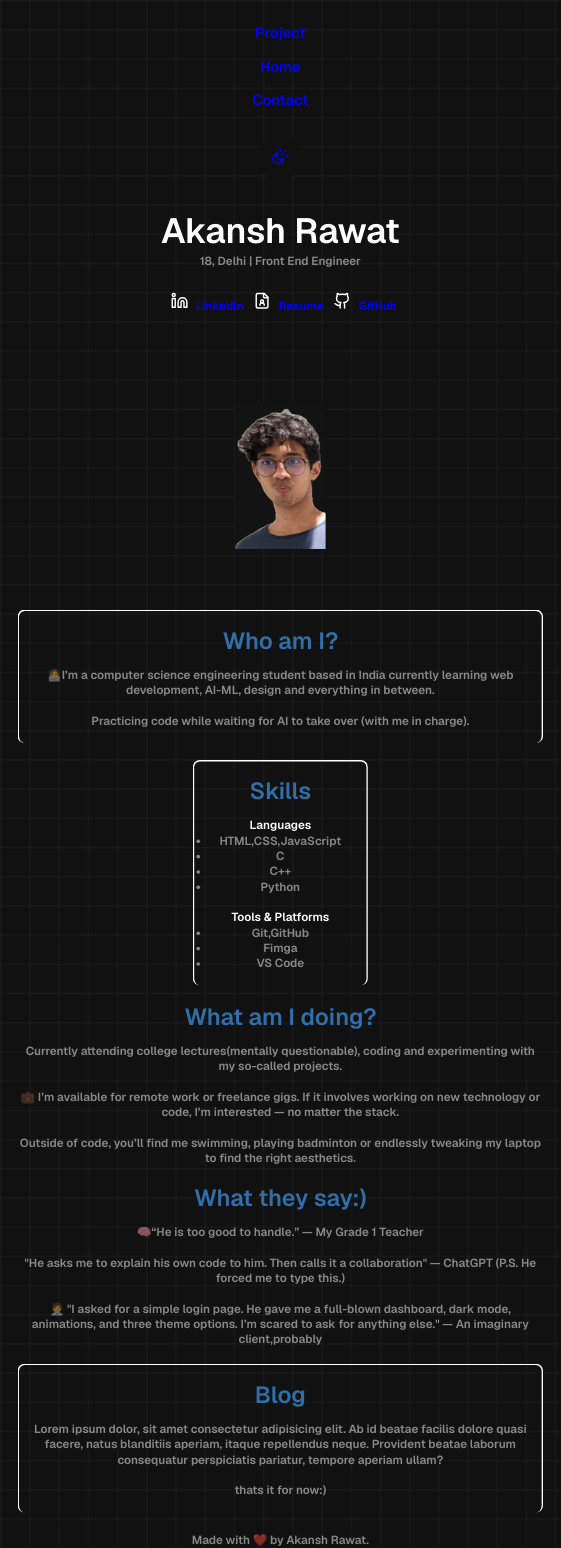
Repository: wakkawakka3/akansh-portfolio
Page: index.html
These files come from the project's save history. The page is drawn as it stood at one moment and after the next save; the edit follows.
The browser window is 768 px wide. The pictures show the whole page, at 73% of full size.

Above is the page before, as saved 2025-07-14 18:38:40.

### index.html
<!DOCTYPE html>
<html lang="en">
  <head>
    <meta charset="UTF-8" />
    <meta name="viewport" content="width=device-width, initial-scale=1.0" />
    <title>Akansh Rawat</title>
    <link rel="stylesheet" href="style.css" />

    <link
      rel="stylesheet"
      href="https://cdnjs.cloudflare.com/ajax/libs/font-awesome/6.5.0/css/all.min.css"
    />
  </head>

  <body>
    <nav>
      <div class="navigation">
        <a href="project.html"> Project </a>
        <a href="index.html"> Home </a>
        <a href="contact.html"> Contact </a>
      </div>

      <div class="theme">
        <button>
          <svg
            xmlns="http://www.w3.org/2000/svg"
            width="24"
            height="24"
            viewBox="0 0 24 24"
            fill="none"
            stroke="currentColor"
            stroke-width="2"
            stroke-linecap="round"
            stroke-linejoin="round"
            class="lucide lucide-sun-moon-icon lucide-sun-moon"
          >
            <path d="M12 2v2" />
            <path d="M13 8.129A4 4 0 0 1 15.873 11" />
            <path d="m19 5-1.256 1.256" />
            <path d="M20 12h2" />
            <path d="M9 8a5 5 0 1 0 7 7 7 7 0 1 1-7-7" />
          </svg>
        </button>
      </div>
    </nav>

    <header>
      <h1>Akansh Rawat</h1>
      <p>18, Delhi | Front End Engineer</p>

      <div class="links">
        <a href="https://www.linkedin.com/in/akansh-rawat/" target="_blank">
          <svg
            xmlns="http://www.w3.org/2000/svg"
            width="24"
            height="24"
            viewBox="0 0 24 24"
            fill="none"
            stroke="white"
            stroke-width="2"
            stroke-linecap="round"
            stroke-linejoin="round"
            class="lucide lucide-linkedin-icon lucide-linkedin"
            style="margin: 0 10px"
          >
            <path
              d="M16 8a6 6 0 0 1 6 6v7h-4v-7a2 2 0 0 0-2-2 2 2 0 0 0-2 2v7h-4v-7a6 6 0 0 1 6-6z"
            />
            <rect width="4" height="12" x="2" y="9" />
            <circle cx="4" cy="4" r="2" />
          </svg>Linkedln
        </a>

        <a
          href="https://docs.google.com/document/d/1LXMpsQHbVlNELlHlzmizmCAFg_KoqvC19dNGiKBRQNE/edit?usp=sharing"
          target="_blank"
        >
          <svg
            xmlns="http://www.w3.org/2000/svg"
            width="24"
            height="24"
            viewBox="0 0 24 24"
            fill="none"
            stroke="white"
            stroke-width="2"
            stroke-linecap="round"
            stroke-linejoin="round"
            class="lucide lucide-file-user-icon lucide-file-user"
            style="margin: 0 10px"
          >
            <path d="M14 2v4a2 2 0 0 0 2 2h4" />
            <path d="M15 18a3 3 0 1 0-6 0" />
            <path
              d="M15 2H6a2 2 0 0 0-2 2v16a2 2 0 0 0 2 2h12a2 2 0 0 0 2-2V7z"
            />
            <circle cx="12" cy="13" r="2" />
          </svg>Resume
        </a>

        <a href="https://github.com/akansh5" target="_blank">
          <svg
            xmlns="http://www.w3.org/2000/svg"
            width="24"
            height="24"
            viewBox="0 0 24 24"
            fill="none"
            stroke="white"
            stroke-width="2"
            stroke-linecap="round"
            stroke-linejoin="round"
            class="lucide lucide-github-icon lucide-github"
            style="margin: 0 10px"
          >
            <path
              d="M15 22v-4a4.8 4.8 0 0 0-1-3.5c3 0 6-2 6-5.5.08-1.25-.27-2.48-1-3.5.28-1.15.28-2.35 0-3.5 0 0-1 0-3 1.5-2.64-.5-5.36-.5-8 0C6 2 5 2 5 2c-.3 1.15-.3 2.35 0 3.5A5.403 5.403 0 0 0 4 9c0 3.5 3 5.5 6 5.5-.39.49-.68 1.05-.85 1.65-.17.6-.22 1.23-.15 1.85v4"
            />
            <path d="M9 18c-4.51 2-5-2-7-2" />
          </svg>GitHub
        </a>
      </div>
    </header>

    <main>
      <div class="grid-container">
        <div class="image">
          <img src="attachments/profile-photo.jpg" />
        </div>

        <div class="introduction">
          <h2>Who am I?</h2>
          <p>
            🧑‍💻I’m a computer science engineering student based in India currently learning web development,
            AI-ML, design and everything in between.
            <br /><br />
            Practicing code while waiting for AI to take over (with me in
            charge).
          </p>
        </div>

        <div class="skills">
          <h2>Skills</h2>
          Languages
          <ul>
            <li>HTML,CSS,JavaScript</li>
            <li>C</li>
            <li>C++</li>
            <li>Python</li>
          </ul>
          <br />
          Tools & Platforms
          <ul>
            <li>Git,GitHub</li>
            <li>Fimga</li>
            <li>VS Code</li>
          </ul>
        </div>

        <div class="working">
          <h2>What am I doing?</h2>
          <p>
            Currently attending college lectures(mentally questionable),
            coding and experimenting with my so-called projects.
            <br /><br />
            💼 I’m available for remote work or freelance gigs. If it involves
            working on new technology or code, I’m interested — no matter the
            stack. <br /><br />
            Outside of code, you’ll find me swimming, playing badminton or
            endlessly tweaking my laptop to find the right aesthetics.
          </p>
        </div>

        <div class="testimonial">
          <h2>What they say:)</h2>
          <p>🧠“He is too good to handle.” — My Grade 1 Teacher</p>
          <br />
          <p>
            "He asks me to explain his own code to him. Then calls it a
            collaboration" — ChatGPT (P.S. He forced me to type this.)
          </p>
          <br />
          <p>
            🧑‍💼 "I asked for a simple login page. He gave me a full-blown
            dashboard, dark mode, animations, and three theme options. I’m
            scared to ask for anything else." — An imaginary client,probably
          </p>
        </div>
        <div class="blog">
          <h2>Blog</h2>
          <p>
            Lorem ipsum dolor, sit amet consectetur adipisicing elit. Ab id
            beatae facilis dolore quasi facere, natus blanditiis aperiam, itaque
            repellendus neque. Provident beatae laborum consequatur perspiciatis
            pariatur, tempore aperiam ullam?
            <br /><br />
            thats it for now:)
          </p>
        </div>
      </div>
    </main>

    <footer>
      <div class="footer-content">
        <p>Made with ❤️ by Akansh Rawat.</p>
      </div>
    </footer>
  </body>
</html>

### style.css
@font-face {
  font-family: "Geist-SemiBold";
  src: url("attachments/geist-font-1.5.0/fonts/Geist/otf/Geist-SemiBold.otf");
  font-weight: normal;
  font-style: normal;
}

* {
  margin: 0;
  padding: 0;
  box-sizing: border-box;
}

html,
body {
  height: 100%;
  display: flex;
  flex-direction: column;
  font-size: 16px;
  font-family: "Geist-SemiBold", sans-serif;
  background-color: #111;
  background-image: linear-gradient(
      to right,
      rgba(255, 255, 255, 0.03) 1px,
      transparent 3px
    ),
    linear-gradient(to bottom, rgba(255, 255, 255, 0.03) 1px, transparent 3px);
  background-size: 2.5rem 2.5rem;
  color: white;
}

h1 {
  display: inline-block;
  margin: 0 auto;
  text-align: center;
  font-size: 3rem;
  size-adjust: normal;
}

h1:hover {
  color: yellow;
  transition: color 1s ease;
}

h2 {
  font-size: 2rem;
  margin-bottom: 1rem;
  color: rgb(49, 111, 170);
}

p,
ul {
  font-size: 1rem;
  color: rgba(255, 255, 255, 0.5);
}

header {
  text-align: center;
  padding: 1.25rem;
}

nav {
  size: 2rem;
  display: flex;
  justify-content: space-between;
  align-items: center;
  flex-wrap: wrap;
  padding: 1rem;
  font-size: 1.25rem;
}

a {
  size: 2rem;
  color: blue;
  text-decoration: none;
  background-color: transparent;
}

a:hover {
  color: red;
  transition: color 1s ease;
}

nav button {
  background-color: #111;
  margin: 0.25rem;
  padding: 1rem;
}

.navigation {
  display: flex;
  padding: 1rem;
  gap: 1.25rem;
}

.theme {
  display: flex;
  align-items: center;
  justify-content: center;
}

.theme :hover {
  color: red;
  transition: color 1s ease;
}

footer {
  font-size: 1rem;
  margin: 2rem;
  text-align: center;
}

.footer-content {
  color: #8b8b8b8b;
  display: flex;
  flex-direction: column;
  margin: 2rem 0px 0px 0px;
  align-items: center;
  justify-content: center;
}

button {
  background-color: transparent;
  color: blue;
  padding: 0.625rem 1.25rem;
  border-radius: 1.5625rem;
  border: none;
  cursor: pointer;
}

.links {
  margin-top: 2rem;
}

.grid-container {
  display: grid;
  grid-template-columns: repeat(auto-fit, minmax(15rem, 1fr));
  gap: 1.5rem;
  justify-content: center;
  height: 100%;
  margin: 2.5rem auto 0;
  width: 100%;
  max-width: 45rem;
}

.grid-container .image {
  display: flex;
  justify-content: center;
  align-items: center;
  min-width: 15rem;
  min-height: 20rem;
  max-width: 100%;
  max-height: 100%;
  border-radius: 1rem;
  overflow: hidden;
}

.introduction,
.skills,
.blog,
.message,
.socials,
.location,
.project-1,
.project-2 {
  background-color: #1a1a1a;
  padding: 1.25rem;
  border: 0.125rem solid white;
  border-radius: 0.625rem;
  min-height: 20rem;
  min-width: 15rem;
  overflow: auto;
}

.image img {
  width: 100%;
  height: auto;
  max-height: 200px;
  object-fit: contain;
  border-radius: 1rem;
  display: block;
  margin: 0 auto;
}

@media (max-width: 768px) {
  .grid-container {
    grid-template-columns: 1fr;
    place-items: center;
    gap: 16px;
  }

  .image,
  .introduction,
  .skills,
  .working,
  .testimonial,
  .blog {
    border-bottom :#fff ;
    max-width: 100%;
    min-height: auto;
    background-color: transparent;
    text-align: center;
  }

  nav {
    flex-direction: column;
    gap: 0.5rem;
    align-items: center;
  }

  .navigation {
    flex-direction: column;
    align-items: center;
  }

  .theme {
    margin-top: 0.5rem;
  }
}

After the next save:
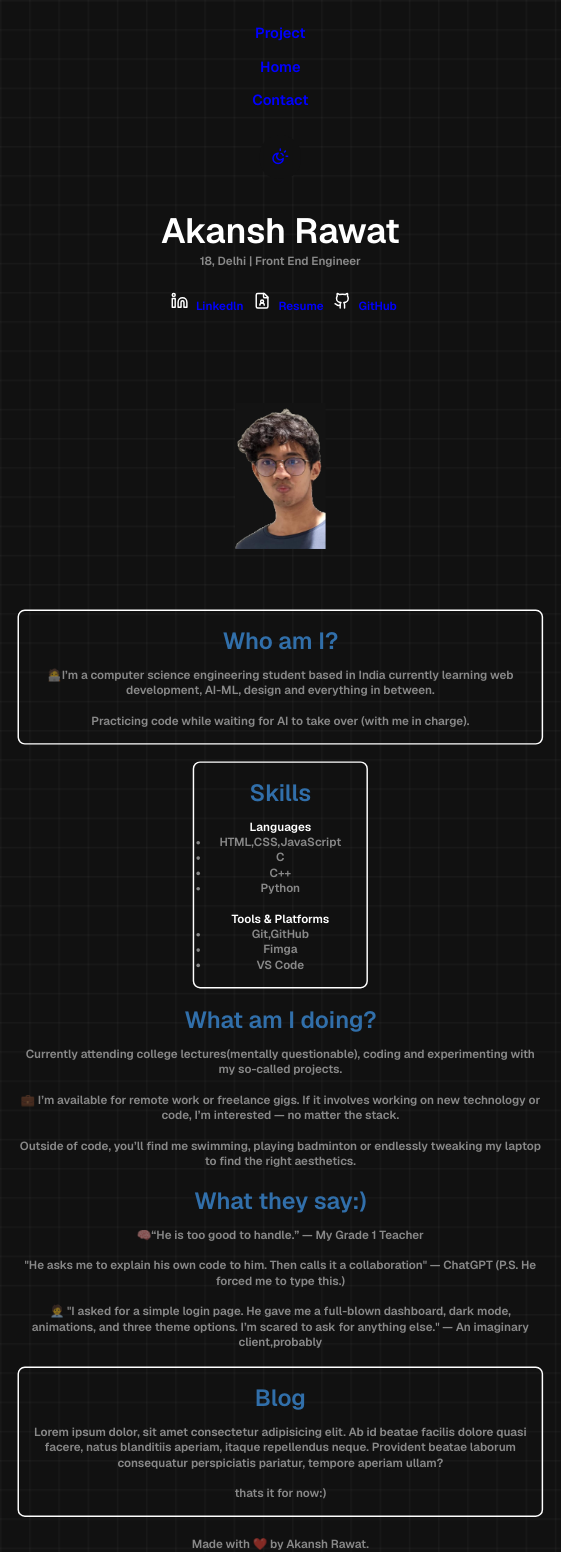
Saved 34 s later.
--- a/style.css
+++ b/style.css
@@ -195,7 +195,6 @@ button {
   .working,
   .testimonial,
   .blog {
-    border-bottom :#fff ;
     max-width: 100%;
     min-height: auto;
     background-color: transparent;
